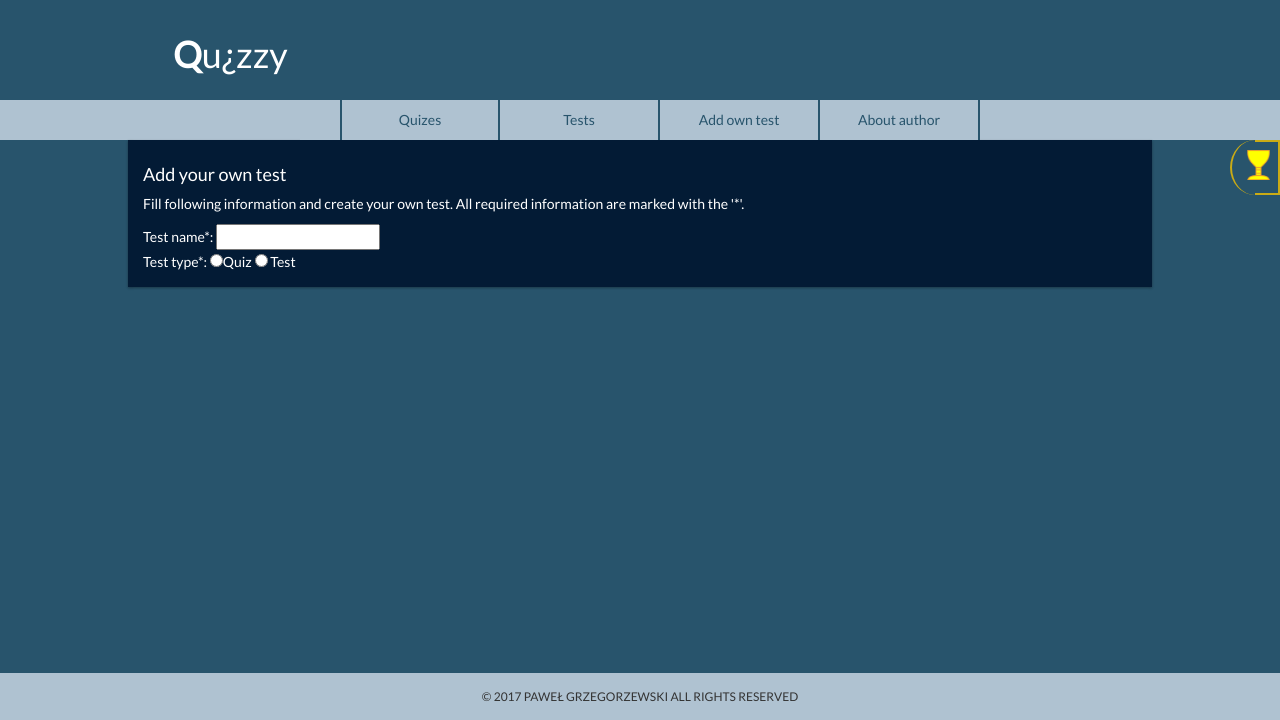
Repository: pgrzegorzewski/quiz
Page: http://localhost/app/add_test.php
An editor plug-in stored every save of this project. The page is shown before and after the next save, followed by the edit.
The browser window is 1280 px wide. The pictures show the whole page.
Some web libraries are served in a nearby version. The page is run by PHP 8.4 with error messages shown; the project is at /var/www/html/.

Above is the page before, as saved 2017-09-10 18:22:47.

### htdocs/app/learningapp/app/add_test.php
<!DOCTYPE html>
<html>
<head>
	<meta name="viewport" content="width=device-width, initial-scale=1.0">
	<meta http-equiv="content-type" content="text/html; charset=utf-8">
	<meta charset="utf-8">
	<link rel="stylesheet" href="https://maxcdn.bootstrapcdn.com/bootstrap/3.3.7/css/bootstrap.min.css">
	<script src="https://ajax.googleapis.com/ajax/libs/jquery/3.1.1/jquery.min.js"></script>
	<script src="https://maxcdn.bootstrapcdn.com/bootstrap/3.3.7/js/bootstrap.min.js"></script>
	<link href="https://fonts.googleapis.com/css?family=Lato" rel="stylesheet">
	<link rel="StyleSheet" href="../css/index.css" />
	<link rel="StyleSheet" href="../css/question.css" />
	<link rel="StyleSheet" href="../css/side_menu_leaderboard.css" />
	<script type="text/javascript" src="../js/question.js"></script>
	<script type="text/javascript" src="../js/side_menu_leaderboard.js"></script>
</head>

<body>

<div class="container-fluid">

	<div class= "sidemenu_2">

	</div>
	<div class= "sidemenu">
		<p style="cursor:pointer"><img src = "../resources/img/trophy.png" height = "50px" onmouseover="openLeaderboard()"/></p> <!-- &#9776; -->
	</div>
	<div id = 'leaderboard' class = 'leaderboard' onmouseleave = "closeLeaderboard()" >
		<a href = "javascript:void(0)" class = "closebtn" onclick = "closeLeaderboard()">&times;</a>
		test 1000pts;
	</div>


	<header class ="header">
		<h1 id="title"><a href ="index.php"><b>Q</b>u¿zzy</a></h1>
	</header>

	<div class="nav">
		<ol>
			<li>
				<a href ='quiz.php'>Quizes</a>
			</li>
			<li>
				<a href ='#'>Tests</a>
				<ul>
					<li><a href="#">Personality</a></li>
					<li><a href="#">Cultural</a></li>
					<li><a href="#">Science</a></li>
					<li><a href="entertaining_test.php">Entertaining</a></li>
				</ul>
			</li>
			<li>
				<a href="#" id = "visited">Add own test</a>
			</li>
			<li>
				<a href ='#'>About author</a>
			</li>
		</ol>
	</div>

	<section class = "section">
		<div id ="welcome_div">
			<h4>Add your own test</h4>
			<div>
				<p>Fill following information and create your own test. All required information are marked with the '*'.</p>
				<form>
				  Test name*:
				  <input class = "testGeneralInformation" id = "testName" type="text" name="test name"><br>
				  Test type*:
				  <input type="radio" name="testTypeChoose" value = "quiz">Quiz
				  <input type="radio" name="testTypeChoose" value="test"> Test
				</form>
			</div>
		</div>

	</section>
	<div class="footer">
		© 2017 PAWEŁ GRZEGORZEWSKI ALL RIGHTS RESERVED
	</div>
</div>




</body>
</html>

### htdocs/app/learningapp/css/index.css

.container-fluid
{
	min-height: 100%;
	background-color:#28546C;
	width:100%;
	font-family: 'Lato', sans-serif;
	margin: 0;
	padding:0;
}

h1 > a
{
	text-decoration:none;
	color: white;
}

h1 > a:hover
{
	text-decoration:none;
	color: white;
}

h1 > a:active
{
	text-decoration:none;
	color: white;
}

img{
	padding:10px;
}

#img2{
	padding:3px;
	padding-bottom:12px;
}

html {
    font-family: "Lucida Sans", sans-serif;
    background-color:#28546C;
}

h1, h2, h3 ,h4{
	color: white;
	text-align:ceter;
}

#title{
	margin-left:30px;
}

body
{
	height:100%;
	padding-bottom:60px;
	background-color:#28546C;
	margin:0 !important;

}


.title {
	text-align:center;
}

.buttons_next_prev{
	text-align:center;
}


.header {
	width:80%;
	margin:0 auto;
    background-color: #28546C;
    color: #ffffff;
    padding: 15px;
	text-decoration: none;

}

.menu_header {
	width:80%;
    background-color: #CCCCCC;
    padding: 10px;
    color: white;
    text-align: center;
    font-size: 14px;
    box-shadow: 0 1px 3px rgba(0,0,0,0.12), 0 1px 2px rgba(0,0,0,0.24);
	width:auto;
}


.section{

	width: 80%;
	margin:0 auto;
	background-color: #031B35;
    padding: 15px;
    color: white;
    text-align: justify;
    font-size: 14px;
    box-shadow: 0 1px 3px rgba(0,0,0,0.12), 0 1px 2px rgba(0,0,0,0.24);
}

td
{
	padding-right:12px;
}


.canvas{

	 width: 500px;
	 height: 300px;
	 color: #FFFFFF;
}

.nav {
	width:100%;
	background-color:#AFC2D1;
	text-align: center;

}

.nav ol
{
	margin:0;
	background-color:#AFC2D1;
	list-style:none;
	line-height: 200%;
	display:inline-block;
	vertical-align:middle;
	height:40px;
	width:680px;
}


ol a
{
	color: #28546C;
	text-decoration:none;
	display:block;
	height:40px;
	padding:6px;
	vertical-align: middle;
	text-align: center;
	z-index:200;
}

ol > li
{
	list-style:none;
	width: 160px;
	color: #28546C;
	background-color:#AFC2D1;
	border-right:2px solid #28546C;
	float:left;
	display: table-cell;

}

ol > li:hover
{
	background-color:#CAAB15;

}

ol > li a:hover
{
	color:white;
	border: 1px solid white;
}

ol > li:hover > ul
{
	display:block;
}

ol > li:hover > a
{
	color:white;
	border: 1px solid white;
}


ol > li:first-child
{
	border-left:2px solid #28546C;
}

ol > li > ul
{
	display: none;
	position: relative;
	z-index: auto;
	list-style-type: none;
	padding:0;
	margin:0 auto;
}

ol > li > ul > li
{
	border-top: 2px solid #28546C;
	background-color: #AFC2D1;

}

ol > li > ul > li > a
{
	width: 160px;
}

ol > li > ul > li:hover
{
	background-color:#CAAB15;
}

ol > li > ul > li > a:hover
{
	color:white;
	border: 1px solid white;
}

.section a:link, a:visited {

    background-color: #CCCCCC;
	padding: 3px;
	width: 50px;
    text-decoration: none;
}


.section a:hover, a:active {
    background-color: #999999;
	color: white;
}

.answear_header
{
	height:76px;
}

.answear_img
{
	margin-left:120px;
	float: left;
	height: 50px;

}
.answear
{
 	display: table;
	float: left;
	height:50px;
}


.answear > p
{
 	display: table-cell;
	vertical-align: middle;
}


.footer {
    background-color: #AFC2D1;
    font-size: 12px;
    padding: 15px;
    bottom: 0;
    position : fixed;
    width: 100%;
    text-align:center;

}

.submenu{
	display:none;
}



@media only screen and (min-width: 768px) and (max-width: 922px) {
    .col-m-1 {width: 8.33%;}
    .col-m-2 {width: 16.66%;}
    .col-m-3 {width: 25%;}
    .col-m-4 {width: 33.33%;}
    .col-m-5 {width: 41.66%;}
    .col-m-6 {width: 50%;}
    .col-m-7 {width: 58.33%;}
    .col-m-8 {width: 66.66%;}
    .col-m-9 {width: 75%;}
    .col-m-10 {width: 83.33%;}
    .col-m-11 {width: 91.66%;}
    .col-m-12 {width: 100%;}
}

@media only screen and (min-width: 922px) and (max-width: 1200px) {
    .col-1 {width: 8.33%;}
    .col-2 {width: 16.66%;}
    .col-3 {width: 25%;}
    .col-4 {width: 33.33%;}
    .col-5 {width: 41.66%;}
    .col-6 {width: 50%;}
    .col-7 {width: 58.33%;}
    .col-8 {width: 66.66%;}
    .col-9 {width: 75%;}
    .col-10 {width: 83.33%;}
    .col-11 {width: 91.66%;}
    .col-12 {width: 100%;}
}

@media only screen and (min-width: 1200px){
    .col-1 {width: 8.33%;}
    .col-2 {width: 16.66%;}
    .col-3 {width: 25%;}
    .col-4 {width: 33.33%;}
    .col-5 {width: 41.66%;}
    .col-6 {width: 50%;}
    .col-7 {width: 58.33%;}
    .col-8 {width: 66.66%;}
    .col-9 {width: 75%;}
    .col-10 {width: 83.33%;}
    .col-11 {width: 91.66%;}
    .col-12 {width: 100%;}
}

### htdocs/app/learningapp/css/question.css
#question
{
	text-align: center;

}


#question button{
	min-width: 50px;
	text-align: center;
}

#question th{
	min-width: 50px;
	text-align: center;
}

td, th > #question{
	min-width: 90px;
	padding:10px;
	text-align: center;
}

### htdocs/app/learningapp/css/side_menu_leaderboard.css
.leaderboard
{
	height:40%;
	width:0;
	position: fixed;
	z-index: 250;
	top: 140px;
	right: 0;
	border:0px solid #CAAB15;
	background-color:#AFC2D1;
	overflow-x: hidden;
	transition: 0.5s;
	padding-top: 60px;
	hidden:true;
	text-align:center;
}

.leaderboard .closebtn{
	position: absolute;
	top: 0;
	right:5px;
	font-size: 25px;
	margin-right: 0px;
}

.sidemenu
{
	height:55px;
	width:50px;
	border-radius:100%;
	border-left:2px solid #CAAB15;
	position: fixed;
	z-index: 200;
	top: 140px;
	right: 0;
	font-size:20px;
	text-align:center;
}

.sidemenu_2
{
	height:55px;
	width:25px;
	position: fixed;
	z-index: 150;
	top: 140px;
	right: 0;
	border-bottom:2px solid #CAAB15;
	border-top:2px solid #CAAB15;
	border-right:2px solid #CAAB15;
}

### htdocs/app/learningapp/js/question.js
window.addEventListener("resize", answearPositionChange);
window.addEventListener("load", answearPositionChange);

var success_alerts = ["Yeah, You are right;)", "Great, You earn a point", "Wow! Amazing", "Point for You;)"];
var failure_alerts = ["Maybe next time will be better", "Nope, not this time:(", "Unfortunately not;/", "That s not Your day;/"];



function checkAnswear(button)
{
	var image = document.createElement("img");
	image.setAttribute("height", "50px");
	image.setAttribute("width", "50px");

	if(button.id == 1){
		image.setAttribute("src", "../resources/img/correct.png");
	}
	else{
		image.setAttribute("src", "../resources/img/error.png");
	}

	blockButtons();
	document.getElementById("answear").innerText = drawAnswearAlert(button.id);
	document.getElementById("answear_img").appendChild(image);
	/*if(window.innerWidth > 765)
	{
		image.setAttribute("align", "left");
		document.getElementById("answear_img").appendChild(image);
	}
	else
		document.getElementById("answear").appendChild(image);*/
	changeClassButton(button, button.id);

}

function drawAnswearAlert(answearType)
{
	if(answearType == 1)
		return success_alerts[Math.floor(Math.random() * success_alerts.length)];
	else
		return failure_alerts[Math.floor(Math.random() * failure_alerts.length)];

}

function changeClassButton(button, id)
{
	if(id == 1)
	{
		button.classList.remove('btn-info');
		button.classList.add('btn-success');
	}
	else
	{
		button.classList.remove('btn-info');
		button.classList.add('btn-danger');
	}

}

function blockButtons()
{
	$(".btn").attr("disabled", "disabled");
}



function answearPositionChange() {
	if(window.innerWidth < 765){
		$(".answear_header").height(20);
		//$("#answear").width($(".col-sm-6").width()-100);				//
		//$("#answear").css('text-align',  'center');
		//$("#answear > img").attr('align' ,'middle');
	}
	else
	{
		$(".answear_header").height(76);
	}
}

### htdocs/app/learningapp/js/side_menu_leaderboard.js
function openLeaderboard()
{
	document.getElementById("leaderboard").style.width = "250px";
	document.getElementById("leaderboard").style.border = "2px solid #CAAB15";

}

function closeLeaderboard()
{
	document.getElementById("leaderboard").style.width = "0px";
	document.getElementById("leaderboard").style.border = "0px solid #CAAB15";
}

After the next save:
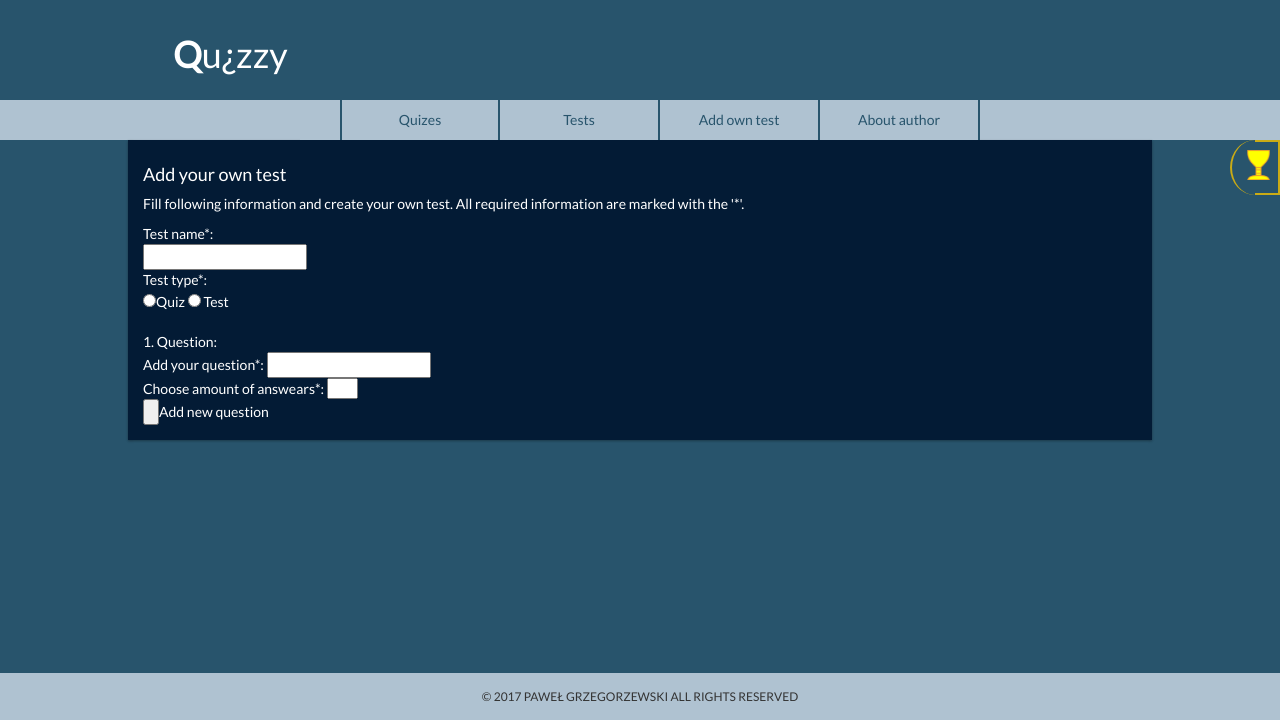
Saved 8 min 16 s later.
--- a/htdocs/app/learningapp/app/add_test.php
+++ b/htdocs/app/learningapp/app/add_test.php
@@ -64,11 +64,25 @@
 			<div>
 				<p>Fill following information and create your own test. All required information are marked with the '*'.</p>
 				<form>
-				  Test name*:
-				  <input class = "testGeneralInformation" id = "testName" type="text" name="test name"><br>
-				  Test type*:
-				  <input type="radio" name="testTypeChoose" value = "quiz">Quiz
-				  <input type="radio" name="testTypeChoose" value="test"> Test
+				  Test name*:<br>
+				  <input class = "testGeneralInformation" id = "testName" type ="text" name ="test name"><br>
+				  Test type*:<br>
+				  <input type ="radio" name ="testTypeChoose" value = "quiz">Quiz
+				  <input type ="radio" name ="testTypeChoose" value ="test"> Test
+				</form><br>
+				<form class = "newQuestion">
+				1. Question:<br>
+				Add your question*:
+				<input class = "testGeneralInformation" type = "text" name = "question"><br>
+				Choose amount of answears*:
+				<select name="answearsAmount">
+				  <option value="1">1</option>
+				  <option value="2">2</option>
+				  <option value="3">3</option>
+				  <option value="4">4</option>
+				</select>
+				<div class = "answearsAdd"></div>
+				<input class = "nextQuestionAdd" type = "button">Add new question</input>
 				</form>
 			</div>
 		</div>
